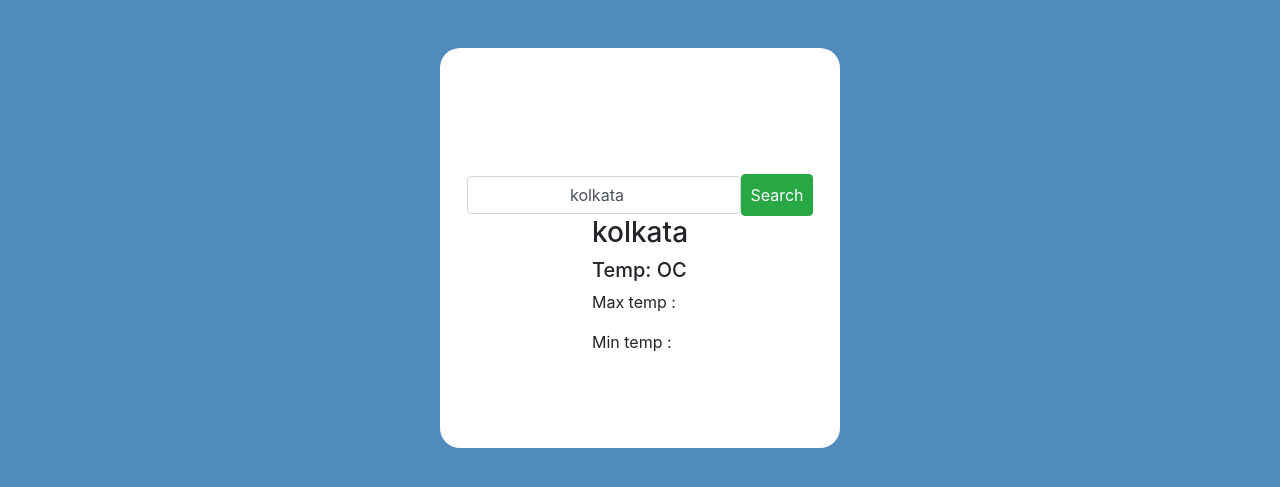
Repository: subhaDTECH/weather-app
Page: /
An editor plug-in stored every save of this project. The page is shown before and after the next save, followed by the edit.
The browser window is 1280 px wide. The pictures show the whole page.
The page's requests for data from a server got no answer. The project was rebuilt for these pictures with package versions that can differ from the ones it lists, and the page was loaded fresh each time. No one was signed in, and anything a server would have sent is missing.

Above is the page before, as saved 2021-11-19 16:11:22.

After the next save:
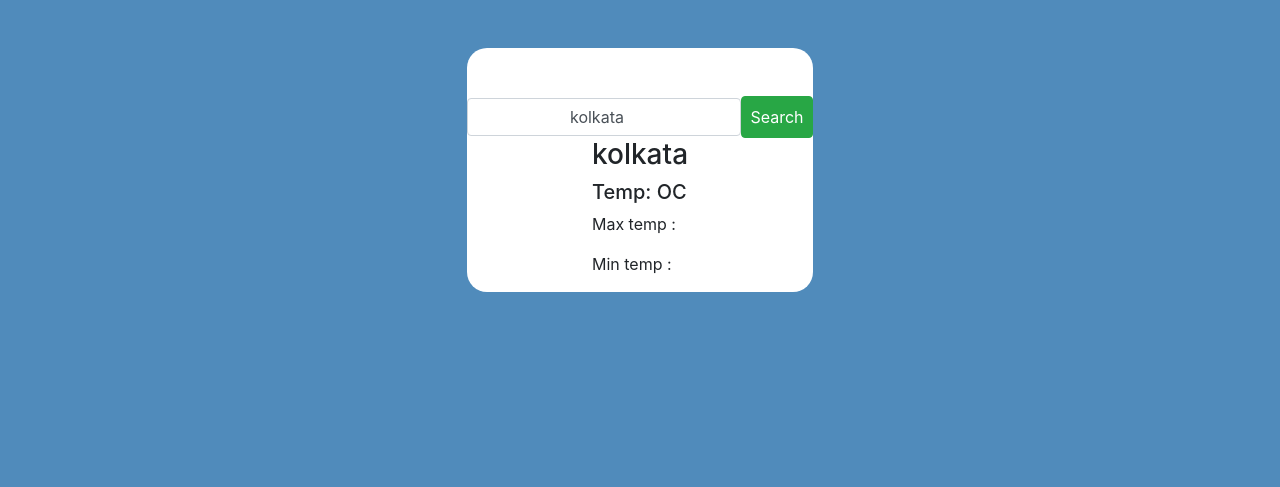
Saved 74 s later.
--- a/src/index.css
+++ b/src/index.css
@@ -12,8 +12,8 @@ body{
   background-color: rgb(80, 139, 187);
 }
 .weather-app{
-  width: 400px;
-  height: 400px;
+  max-width: 400px;
+  max-height: 400px;
   background-color:#fff;
   border-radius: 20px;
 }
